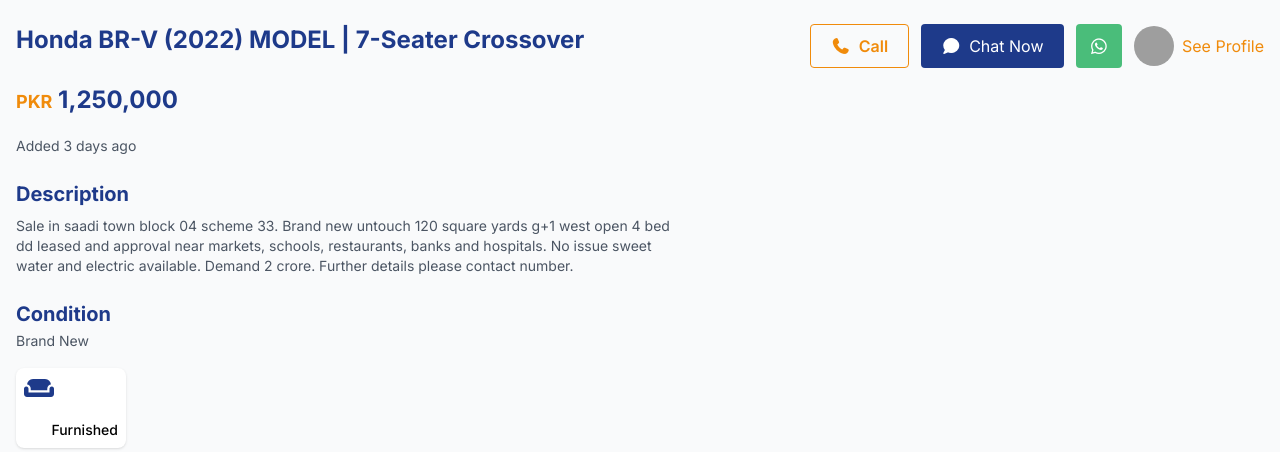
Repository: ARFA-SAEED/miljayega
Page: src/motorsPage/bikes_1.html
An editor plug-in stored every save of this project. The page is shown before and after the next save, followed by the edit.
The browser window is 1280 px wide. The pictures show the part of the page from y = 633 to 1085 px (the page is 2067 px tall before and 2068 px after).
Pictures or frames that could not be fetched are drawn as grey boxes. A picture or video elsewhere on the page could not be fetched, so the positions and the page height are approximate. Some web fonts or font styles are not loaded; a fallback is used. Some web libraries are served in a nearby version.

Above is the page before, as saved 2025-08-25 13:19:45.

### src/motorsPage/bikes_1.html
<!DOCTYPE html>
<html lang="en">

<head>
    <meta charset="utf-8" />
    <meta content="width=device-width, initial-scale=1.0" name="viewport" />
    <title>Miljaega.pk - Bikes 1</title>
    <script src="https://cdn.tailwindcss.com?plugins=forms,container-queries"></script>
    <link href="https://fonts.googleapis.com/css2?family=Inter:wght@400;500;600;700&display=swap" rel="stylesheet" />
    <link href="https://fonts.googleapis.com/css2?family=Poppins:wght@400;500;600;700&display=swap" rel="stylesheet" />
    <link href="https://fonts.googleapis.com/icon?family=Material+Icons" rel="stylesheet" />
    <link href="https://fonts.googleapis.com/css2?family=Lalezar&display=swap" rel="stylesheet">
    <link href="https://fonts.googleapis.com/css2?family=Noto+Nastaliq+Urdu&display=swap" rel="stylesheet">
    <script src="https://cdn.jsdelivr.net/npm/alpinejs@3.x.x/dist/cdn.min.js" defer></script>
    <script src="https://cdn.jsdelivr.net/npm/@tailwindcss/browser@4"></script>
    <link rel="stylesheet" href="./Css/miljaega-homepage.css">
    <!-- Font Awesome CDN -->
    <link href="https://cdnjs.cloudflare.com/ajax/libs/font-awesome/6.5.2/css/all.min.css" rel="stylesheet">

    <link rel="stylesheet" href="https://cdnjs.cloudflare.com/ajax/libs/font-awesome/7.0.0/css/all.min.css"
        integrity="sha512-DxV+EoADOkOygM4IR9yXP8Sb2qwgidEmeqAEmDKIOfPRQZOWbXCzLC6vjbZyy0vPisbH2SyW27+ddLVCN+OMzQ=="
        crossorigin="anonymous" referrerpolicy="no-referrer" />
</head>

<body class="bg-gray-50">

    <!-- Header -->
    <header class="bg-white shadow-sm fixed top-0 z-50 w-full">
        <div class="lg:mx-auto 2xl:mx-20 relative py-3 container px-4 sm:px-6">
            <div class="flex justify-between items-center py-3">
                <!-- Left: Logo -->
                <div class="flex-shrink-0">
                    <img src="../../../assets/images/logo.svg" alt="Logo" class="h-8 sm:h-10" />
                </div>

                <!-- Center Nav (Desktop) -->
                <nav
                    class="hidden xl:flex absolute 2xl:ms-[440px] left-1/2 transform -translate-x-1/2 space-x-6 text-sm font-medium text-gray-600">
                    <div class="flex justify-center mt-2">
                        <div class="inline-flex rounded-lg shadow-md bg-white overflow-hidden">
                            <a href="#"
                                class="px-6 py-3 text-sm font-medium text-white bg-blue-900 hover:bg-blue-900 transition duration-300 flex items-center">
                                <i class="fa-solid fa-list mr-2"></i> ALL
                            </a>
                            <a href="#"
                                class="px-6 py-3 text-sm font-medium text-pak-green hover:bg-[rgb(220,228,245)] flex items-center">
                                <i class="fa-solid fa-circle-plus mr-2"></i> NEW
                            </a>
                            <a href="#"
                                class="px-6 py-3 text-sm font-medium text-pak-green hover:bg-[rgb(220,228,245)] flex items-center">
                                <i class="fa-solid fa-recycle mr-2"></i> USED
                            </a>
                            <a href="#"
                                class="px-6 py-3 text-sm font-medium text-pak-green hover:bg-[rgb(220,228,245)] flex items-center">
                                <i class="fa-solid fa-key mr-2"></i> RENT
                            </a>
                            <a href="#"
                                class="px-6 py-3 text-sm font-medium text-pak-green hover:bg-[rgb(220,228,245)] flex items-center">
                                <i class="fa-solid fa-arrow-right-arrow-left mr-2"></i> Exchange
                            </a>
                        </div>
                    </div>
                </nav>

                <!-- Mobile Hamburger -->
                <button id="mobileMenuToggle" class="block xl:hidden text-gray-700 hover:text-primary-green">
                    <svg class="w-7 h-7" fill="none" stroke="currentColor" stroke-width="2" viewBox="0 0 24 24">
                        <path stroke-linecap="round" stroke-linejoin="round" d="M4 6h16M4 12h16M4 18h16"></path>
                    </svg>
                </button>
            </div>
        </div>
    </header>

    <!-- Mobile Menu -->
    <div id="mobileMenu"
        class="xl:hidden hidden bg-white shadow-md fixed top-[72px] left-0 right-0 z-40 max-h-[calc(100vh-72px)] overflow-y-auto">
        <div class="px-4 py-4 space-y-4 text-sm font-medium text-gray-700">
            <div class="flex justify-around text-center gap-2 flex-wrap">
                <a href="#" class="flex flex-col items-center gap-1 hover:text-primary-green">
                    <img src="./images/second-hand.png" class="w-6 h-6" /> Used
                </a>
                <a href="#" class="flex flex-col items-center gap-1 hover:text-primary-green">
                    <img src="./images/new.png" class="w-6 h-6" /> New
                </a>
                <a href="#" class="flex flex-col items-center gap-1 hover:text-primary-green">
                    <img src="./images/exchange.png" class="w-6 h-6" /> Exchange
                </a>
                <a href="#" class="flex flex-col items-center gap-1 hover:text-primary-green">
                    <img src="./images/rent.png" class="w-6 h-6" /> Rentals
                </a>
            </div>
        </div>
    </div>

    <!-- Spacer -->
    <div class="pt-[72px]"></div>

    <!-- Images Section -->
    <div class="container mx-auto px-4 mt-12">
        <div class="grid grid-cols-1 lg:grid-cols-2 gap-3">
            <div>
                <img class="w-full h-[250px] sm:h-[400px] lg:h-[513px] object-cover rounded-lg lg:rounded-l-[10px]"
                    src="https://auto.yugatech.com/wp-content/uploads/2022/09/2023-Honda-BRV-Main-2048x1024.jpg" alt="">
            </div>
            <div class="flex flex-col gap-3">
                <img class="w-full h-[200px] sm:h-[250px] object-cover rounded-lg lg:rounded-tr-[10px]"
                    src="https://hondaotodalat.com.vn/wp-content/uploads/2020/02/honda_BRV_hondaotovovankiet_vn_15.jpg"
                    alt="">
                <img class="w-full h-[200px] sm:h-[250px] object-cover rounded-lg lg:rounded-br-[10px]"
                    src="https://d31sro4iz4ob5n.cloudfront.net/upload/car/br-v-2024/feature/interior/br-v-2024-lhd-amplio-confort-y-versatilidad.jpg"
                    alt="">
            </div>
        </div>
    </div>

    <!-- Title & Buttons -->
    <div class="container mx-auto px-4 mt-6 flex flex-col lg:flex-row justify-between items-start gap-4">
        <h1 class="font-bold text-blue-900 text-xl lg:text-2xl">
            Honda BR-V (2022) MODEL | 7-Seater Crossover
        </h1>
        <div class="flex flex-wrap gap-3">
            <button class="border border-[#F08B0B] text-[#F08B0B] font-semibold rounded px-5 py-2 flex items-center">
                <i class="fa-solid fa-phone me-2"></i> Call
            </button>
            <button class="bg-blue-900 hover:bg-blue-800 text-white rounded px-5 py-2 flex items-center">
                <i class="fa-solid fa-comment me-2"></i> Chat Now
            </button>
            <button class="bg-[#4ABD7A] text-white rounded px-3 py-2 flex items-center">
                <i class="fa-brands fa-whatsapp text-lg"></i>
            </button>
            <div class="flex items-center gap-2">
                <img class="rounded-full h-10 w-10"
                    src="https://tse3.mm.bing.net/th/id/OIP.WpIMP_W3gb5bZ81rA-K2YgHaHa?pid=Api&P=0&h=220" alt="">
                <span class="text-[#F08B0B]">See Profile</span>
            </div>
        </div>
    </div>


    <!-- Price -->
    <div class="container mx-auto px-4 mt-4">
        <h1 class="text-blue-900 font-bold text-xl lg:text-2xl">
            <span class="text-lg text-[#F08B0B]">PKR</span> 1,250,000
        </h1>
        <p class="text-gray-600 text-sm mt-5 pb-3 border-b-gray">Added 3 days ago</p>
    </div>

    <!-- Description -->
    <div class="container mx-auto px-4 mt-3">
        <h1 class="text-blue-900 font-bold text-xl mb-2">Description</h1>
        <p class="text-sm text-gray-600 max-w-2xl">
            Sale in saadi town block 04 scheme 33. Brand new untouch 120 square yards g+1 west open 4 bed dd leased and
            approval near markets, schools, restaurants, banks and hospitals. No issue sweet water and electric
            available.
            Demand 2 crore. Further details please contact number.
        </p>
    </div>

    <!-- Condition -->
    <div class="container mx-auto px-4 mt-6">
        <h1 class="text-blue-900 font-bold text-xl">Condition</h1>
        <span class="text-gray-600 text-sm">Brand New</span>
        <div class="relative mt-4 shadow rounded-lg h-20 w-[110px] bg-white p-3">
            <i class="fa-solid fa-couch text-blue-900 text-2xl absolute top-1 left-2"></i>
            <span class="absolute bottom-2 right-2 text-sm font-medium">Furnished</span>
        </div>
    </div>

    <!-- Location -->
    <div class="container mx-auto px-4 mt-6">
        <h1 class="text-blue-900 font-bold text-xl mb-3">Location and nearby facilities</h1>
        <div class="flex flex-wrap gap-4 mb-5">
            <button class="flex items-center gap-2 px-4 py-2 bg-white rounded-lg shadow-md">
                <i class="fa-solid fa-border-all text-[#F08B0B]"></i> All
            </button>
            <button class="flex items-center gap-2 px-4 py-2 bg-white rounded-lg shadow-md">
                <i class="fa-solid fa-school text-[#F08B0B]"></i> School
            </button>
            <button class="flex items-center gap-2 px-4 py-2 bg-white rounded-lg shadow-md">
                <i class="fa-solid fa-hospital text-[#F08B0B]"></i> Hospitals
            </button>
            <button class="flex items-center gap-2 px-4 py-2 bg-white rounded-lg shadow-md">
                <i class="fa-solid fa-utensils text-[#F08B0B]"></i> Restaurant
            </button>
        </div>
        <img src="https://png.pngtree.com/png-clipart/20230315/original/pngtree-map-location-pin-with-red-png-image_8989833.png"
            class="h-[300px] sm:h-[400px] mx-auto" alt="">
    </div>
    <footer class="bg-[#0C3168] text-white">
        <div class="container mx-auto px-4 sm:px-6 lg:px-8 py-10">

            <!-- ✅ Mobile/Tablet (sm, md, lg): 2 Rows Layout -->
            <div class="flex  flex-wrap gap-8 lg:hidden">
                <!-- Row 1: ABOUT US + MY ACCOUNT -->
                <div class="w-full flex   gap-8">
                    <!-- ABOUT US -->
                    <div class="w-full ms-10 md:ms-0 sm:w-1/2 text-left">
                        <ul class="leading-10">
                            <li class="font-bold text-xl mb-3">ABOUT US</li>
                            <li>FAQ</li>
                            <li>Anti Scam</li>
                            <li>Term of use</li>
                            <li>Privacy Policy</li>
                            <li>Contact Us</li>
                            <li>Sitemap</li>
                        </ul>
                    </div>
                    <!-- MY ACCOUNT -->
                    <div class="w-full ms-20 md:ms-60 sm:w-1/2 text-left">
                        <ul class="leading-10">
                            <li class="font-bold text-xl mb-3">MY ACCOUNT</li>
                            <li>Login</li>
                            <li>Register</li>
                        </ul>
                    </div>
                </div>

                <!-- Row 2: Miljaega + Social -->
                <div class="w-full flex gap-8 mt-5">
                    <!-- Miljaega -->
                    <div class="w-full sm:w-1/2 ms-10 md:ms-0 text-left">
                        <ul class="leading-10">
                            <li class="font-bold text-xl mb-3">Miljaega</li>
                            <li>Inspected by miljaega</li>
                            <li>Featured by miljaega</li>
                            <li>Recomended by miljaega</li>
                        </ul>
                    </div>
                    <!-- Social -->
                    <div class="w-full ms-20 md:ms-60  sm:w-1/2 text-left leading-15">
                        <ul>
                            <li class="font-bold text-xl  mb-3">FOLLOW US</li>
                        </ul>
                        <div class=" ms-8 md:ms-0 sm:flex-wrap md:flex mt-3 gap-5">
                            <img src="../../assets/images/fb.svg" class="h-10" alt="">
                            <img src="../../assets/images/insta.svg" class="h-10" alt="">
                            <img src="../../assets/images/twitter.svg" class="h-10" alt="">
                            <img src="../../assets/images/youtube.svg" class="h-10" alt="">
                        </div>
                    </div>
                </div>
            </div>

            <!-- ✅ XL and Up: Original 4-column Layout -->
            <div class="hidden lg:block lg:flex lg:justify-between xl:gap-8">
                <!-- ABOUT US -->
                <div class="w-full sm:w-1/2 xl:w-auto mb-5 xl:mb-0  xl:text-left">
                    <ul class="leading-10">
                        <li class="font-bold text-xl mb-3">ABOUT US</li>
                        <li>FAQ</li>
                        <li>Anti Scam</li>
                        <li>Term of use</li>
                        <li>Privacy Policy</li>
                        <li>Contact Us</li>
                        <li>Sitemap</li>
                    </ul>
                </div>
                <!-- MY ACCOUNT -->
                <div class="w-full sm:w-1/2 xl:w-auto text-left mb-5 xl:mb-0">
                    <ul class="leading-10">
                        <li class="font-bold text-xl mb-3">MY ACCOUNT</li>
                        <li>Login</li>
                        <li>Register</li>
                    </ul>
                </div>
                <!-- Miljaega -->
                <div class="w-full sm:w-1/2 xl:w-auto mb-5 xl:mb-0 text-left">
                    <ul class="leading-10">
                        <li class="font-bold text-xl mb-3">Miljaega</li>
                        <li>Inspected by miljaega</li>
                        <li>Featured by miljaega</li>
                        <li>Recomended by miljaega</li>
                    </ul>
                </div>
                <!-- Social -->
                <div class="w-full sm:w-1/2 xl:w-auto text-left mb-5 xl:mb-0 leading-15">
                    <ul>
                        <li class="font-bold text-xl mb-3">FOLLOW US</li>
                    </ul>
                    <div class="flex  ustify-start mt-3 gap-5">
                        <img src="../../assets/images/fb.svg" class="h-10" alt="">
                        <img src="../../assets/images/insta.svg" class="h-10" alt="">
                        <img src="../../assets/images/twitter.svg" class="h-10" alt="">
                        <img src="../../assets/images/youtube.svg" class="h-10" alt="">
                    </div>
                </div>
            </div>

            <!-- Footer bottom -->
            <div class="text-center border-t-2 border-white mt-10 pt-5 text-sm">
                <p>© Copyright 2025 Miljaega <br>Powered by The Tech Creators</p>
            </div>
        </div>
    </footer>

    <script>
        // Mobile menu toggle
        document.addEventListener("DOMContentLoaded", () => {
            const toggleBtn = document.getElementById("mobileMenuToggle");
            const mobileMenu = document.getElementById("mobileMenu");
            toggleBtn.addEventListener("click", () => {
                mobileMenu.classList.toggle("hidden");
            });
        });
    </script>

</body>

</html>

### assets/Css/miljaega-homepage.css
 :root {
   --primary-green: #0B6847;
 }

 body {
   font-family: 'Inter', sans-serif;
   background-color: #f8fafc;
 }

 .text-primary-green {
   color: var(--primary-green);
 }

 .bg-primary-green {
   background-color: #003E3E;
 }

 .border-primary-green {
   border-color: var(--primary-green);
 }

 .card {
   @apply bg-white rounded-lg shadow-[0_4px_6px_-1px_rgba(0, 0, 0, 0.1), 0_2px_4px_-2px_rgba(0, 0, 0, 0.1)] transition-transform duration-200;
 }

 .card:hover {
   transform: translateY(-5px);
 }

 .verified-badge {
   @apply text-blue-600 text-base;
 }


 /* Sell Button */
 ._520955ba {
   position: relative;
   overflow: hidden;
   border-radius: 4px;
 }

 header {
   z-index: 100;
 }

 .fbf39733 {
   background-color: #ffffff;
   /* Green background */
   border: none;
   cursor: pointer;
 }

 ._6257aca6 {
   object-fit: contain;
   z-index: 1;
 }


 ._948d9e0a {
   position: relative;
   z-index: 2;
 }

 ._27a68d65 {
   display: flex;
   align-items: center;
 }

 .b2e0090c {
   padding: 8px 16px;
 }

 ._371e9918 {
   color: white;
 }

 ._6041419a {
   margin-right: 8px;
 }

 ._8206696c {
   font-weight: 900;
 }

 .b7af14b4 {
   font-size: 12px;
 }

 .dd240920 {
   line-height: 1.5;
 }

 @import url('https://fonts.googleapis.com/css2?family=Inter:wght@300;400;500;600;700&display=swap');

 body {
   font-family: 'Inter', sans-serif;

 }

 .card-hover {
   transition: all 0.3s ease;
   box-shadow: 0 4px 6px rgba(0, 0, 0, 0.05);
 }

 .card-hover:hover {
   transform: translateY(-5px);
   box-shadow: 0 10px 25px rgba(0, 0, 0, 0.1);
 }

 .image-hover {
   transition: transform 0.5s ease;
 }

 .status-dot {
   position: absolute;
   bottom: 5px;
   right: 10px;
   width: 12px;
   height: 12px;
   background-color: #1dbf73;
   border: 2px solid white;
   border-radius: 50%;
   z-index: 10;
   box-shadow: 0 0 0 2px rgba(29, 191, 115, 0.3);
 }

 .status-pulse {
   position: absolute;
   bottom: -1px;
   right: -1px;
   width: 16px;
   height: 16px;
   background-color: rgba(29, 191, 115, 0.4);
   border-radius: 50%;
   z-index: 5;
   animation: pulse 1.5s infinite;
 }

 @keyframes pulse {
   0% {
     transform: scale(0.8);
     opacity: 0.7;
   }

   70% {
     transform: scale(1.5);
     opacity: 0;
   }

   100% {
     transform: scale(0.8);
     opacity: 0;
   }
 }

 .star-container {
   display: inline-flex;
   align-items: center;
   margin-left: -8px;
 }

 .star-full {
   color: #f2880f;
   position: relative;
 }

 .star-full::before {
   content: "★";
   position: absolute;
   color: white;
   font-size: 15px;
   top: 2px;
   left: 2px;
 }

 .star-half {
   position: relative;
   width: 20px;
   height: 20px;
 }

 .star-half-left {
   position: absolute;
   left: 0;
   width: 50%;
   height: 100%;
   background: #ff643d;
   border-top-left-radius: 3px;
   border-bottom-left-radius: 3px;
 }

 .star-half-right {
   position: absolute;
   right: 0;
   width: 50%;
   height: 100%;
   background: rgba(200, 201, 202, 0.48);
   border-top-right-radius: 3px;
   border-bottom-right-radius: 3px;
 }

 .star-half::before {
   content: "★";
   position: absolute;
   color: white;
   font-size: 15px;
   top: 2px;
   left: 2px;
   z-index: 10;
 }

 .badge {
   transition: all 0.3s ease;
 }

 .badge:hover {
   transform: scale(1.05);
 }

 .arrow-tab {
   position: relative;
   padding: 0.75rem 2rem;
   display: flex;
   align-items: center;
   justify-content: center;
   clip-path: polygon(0 0, calc(100% - 20px) 0, 100% 50%, calc(100% - 20px) 100%, 0 100%, 20px 50%);
   margin-left: -18px;
   cursor: pointer;
   transition: all 0.2s ease;
 }

 .arrow-tab:first-child {
   clip-path: polygon(0 0, calc(100% - 20px) 0, 100% 50%, calc(100% - 20px) 100%, 0 100%);
   margin-left: 0;
   padding-left: 3rem;
 }

 .arrow-tab.active {
   background-color: #1e3a8a;
   /* Tailwind's blue-900 */
   color: white;
   z-index: 10;
 }

 .arrow-tab:not(.active):hover {
   background-color: #ced8f3;
   /* Light gray on hover */
 }

 @media (min-width: 1024px) and (max-width: 1028px) {
   .custom-mt {
     margin-top: 10px;
     /* Equivalent to mt-9 */
   }
 }

 .thumbnail {
   transition: all 0.2s ease;
 }

 .thumbnail:hover {
   transform: scale(1.05);
   box-shadow: 0 0 5px rgba(59, 130, 246, 0.5);
 }

 #main-image {
   transition: opacity 0.3s ease;
 }



 .scrollbar-hide::-webkit-scrollbar {
   display: none;
 }

 .scrollbar-hide {
   -ms-overflow-style: none;
   scrollbar-width: none;
 }

 .search-dropdown {
   display: none;
   position: absolute;
   top: 100%;
   /* directly below input */
   left: 0;
   width: 100%;
   max-height: 400px;
   overflow-y: auto;
   /* only scroll when necessary */
   z-index: 999999;
   /* way above all site content */
   background: white;
   border: 1px solid #e5e7eb;
   border-radius: 0.5rem;
   box-shadow: 0 4px 6px -1px rgba(0, 0, 0, 0.1),
     0 2px 4px -1px rgba(0, 0, 0, 0.06);
 }

 .search-dropdown-section {
   padding-left: 13px;
   padding-right: 13px;
   padding-bottom: 10px;

 }

 .search-dropdown-section:last-child {
   border-bottom: none;
 }

 .search-dropdown-item {
   padding: 0.5rem;
   cursor: pointer;
   border-radius: 0.25rem;
   background-color: white;
 }

After the next save:
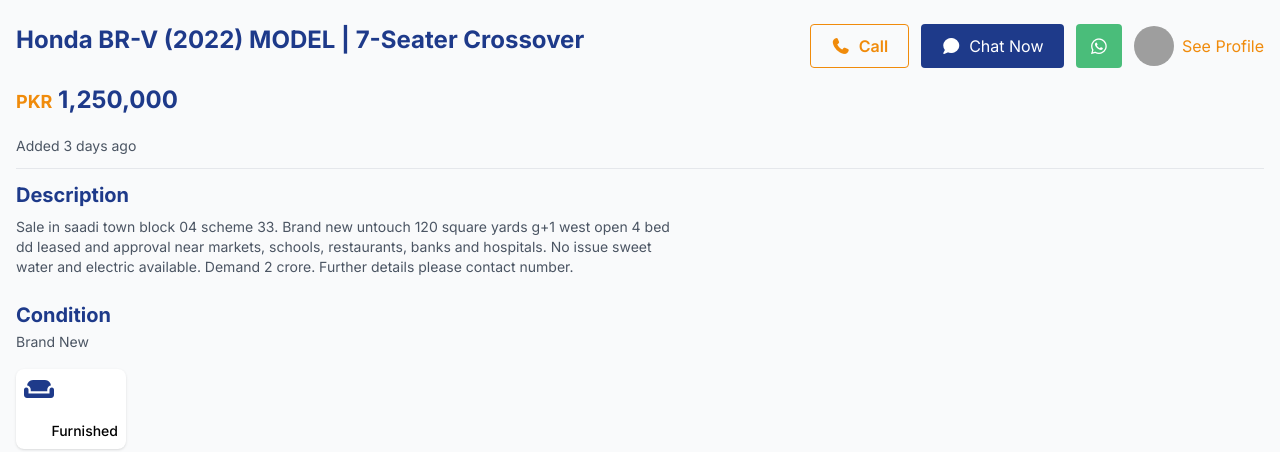
Saved 5 s later.
--- a/src/motorsPage/bikes_1.html
+++ b/src/motorsPage/bikes_1.html
@@ -143,7 +143,7 @@
         <h1 class="text-blue-900 font-bold text-xl lg:text-2xl">
             <span class="text-lg text-[#F08B0B]">PKR</span> 1,250,000
         </h1>
-        <p class="text-gray-600 text-sm mt-5 pb-3 border-b-gray">Added 3 days ago</p>
+        <p class="text-gray-600 text-sm mt-5 pb-3 border-b">Added 3 days ago</p>
     </div>
 
     <!-- Description -->
